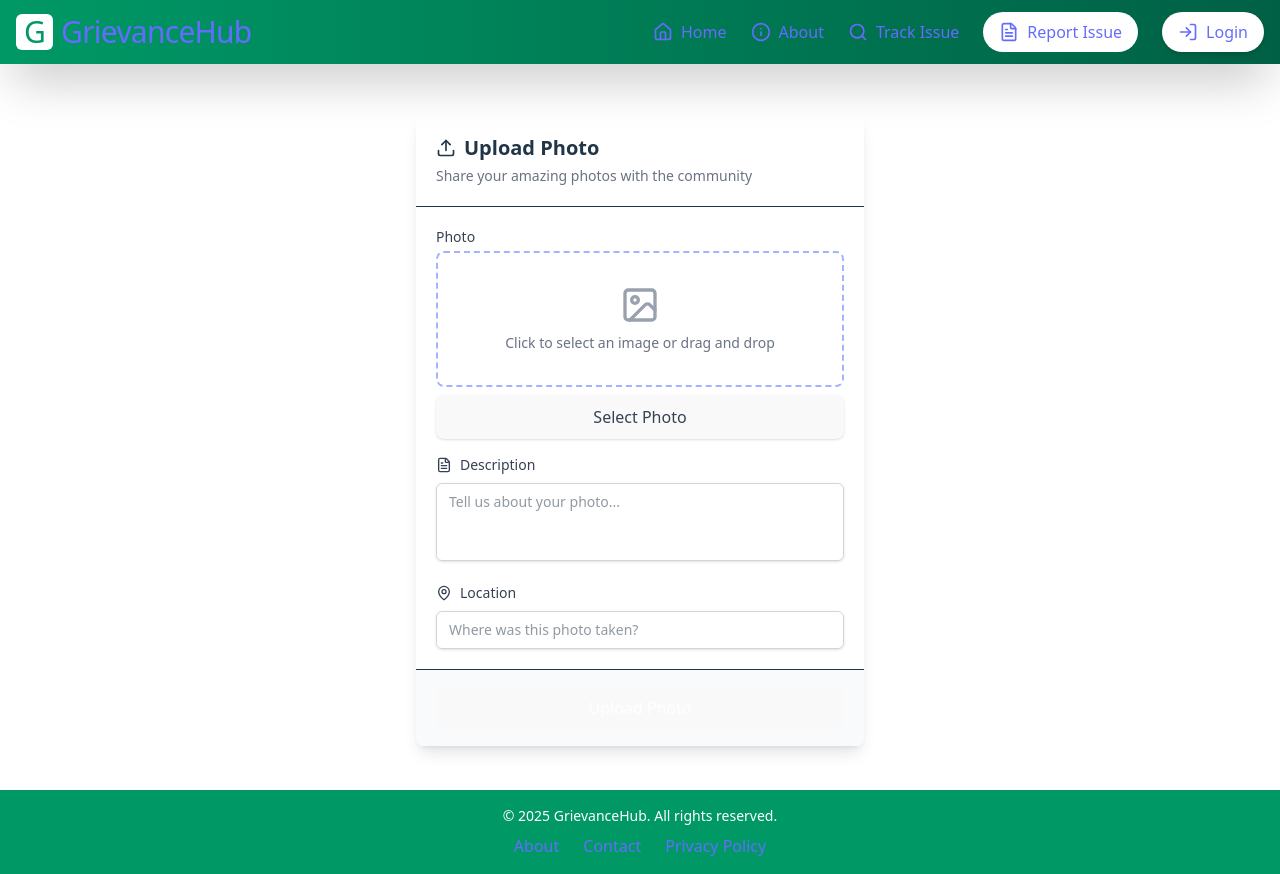
Repository: Aishi4/Grievance-Hub
Page: /report (app in my-vite-Griv/)
An editor plug-in stored every save of this project. The page is shown before and after the next save, followed by the edit.
The browser window is 1280 px wide. The pictures show the whole page.
The project was rebuilt for these pictures with package versions that can differ from the ones it lists, and the page was loaded fresh each time. Also part of the build but not shown: my-vite-Griv/vite.config.js, my-vite-Griv/src/Home.jsx, my-vite-Griv/src/ReportSubmit.jsx, my-vite-Griv/src/Report.jsx, my-vite-Griv/src/App.jsx, my-vite-Griv/src/About.jsx, my-vite-Griv/src/TrackIssue.jsx.

Above is the page before, as saved 2025-03-29 16:38:11.

### my-vite-Griv/src/main.jsx
import { StrictMode } from 'react'
import { createRoot } from 'react-dom/client'
import './index.css'
import App from './App.jsx'
import { Route,createBrowserRouter, createRoutesFromElements, RouterProvider } from 'react-router'
import Layout from './Layout.jsx'
import Home from './Home.jsx'
import Report from './Report.jsx'
import About from './About.jsx'
import TrackIssue from './TrackIssue.jsx'
import ReportSubmit from './ReportSubmit.jsx'
import UploadPhoto from './UploadPhoto.jsx'

const router = createBrowserRouter(
  createRoutesFromElements(
    <Route path='/' element={<Layout />}>
      <Route path="" element={<Home />} />
      <Route path="report" element={<UploadPhoto />} />
      <Route path="about" element={<About />} />
      <Route path="track" element={<TrackIssue />} />

    </Route>
  )
)

createRoot(document.getElementById('root')).render(
  <StrictMode>




    <RouterProvider router={router} />

  </StrictMode>,
)

### my-vite-Griv/src/Layout.jsx
import { Outlet } from "react-router-dom";
import Navbar from "./Navbar";
import React from "react";
import Footer from "./Footer";

function Layout() {
  return (
    <div className="min-h-screen flex flex-col">
      <Navbar />
      <div className="flex-grow pt-[70px]"> {/* Adjust this padding based on navbar height */}
        <Outlet />
      </div>
      <Footer />
    </div>
  );
}
export default Layout;

### my-vite-Griv/src/UploadPhoto.jsx
"use client"

import { useState, useRef } from "react"
import { supabase } from "./supabase"
import { v4 as uuidv4 } from "uuid"
import { Upload, ImageIcon, MapPin, FileText, X, Check, Loader2 } from "lucide-react"
import { motion, AnimatePresence } from "framer-motion"

export default function UploadPhoto() {
  const [file, setFile] = useState(null)
  const [preview, setPreview] = useState(null)
  const [description, setDescription] = useState("")
  const [location, setLocation] = useState("")
  const [uploadStatus, setUploadStatus] = useState("")
  const [isUploading, setIsUploading] = useState(false)
  const [uploadCode, setUploadCode] = useState(null)
  const fileInputRef = useRef(null)

  const handleFileChange = (e) => {
    const selectedFile = e.target.files?.[0] || null
    setFile(selectedFile)

    if (selectedFile) {
      const reader = new FileReader()
      reader.onload = () => {
        setPreview(reader.result)
      }
      reader.readAsDataURL(selectedFile)
    } else {
      setPreview(null)
    }
  }

  const clearFile = () => {
    setFile(null)
    setPreview(null)
    if (fileInputRef.current) {
      fileInputRef.current.value = ""
    }
  }

  const handleUpload = async () => {
    if (!file) {
      setUploadStatus("Please select a file")
      return
    }

    setIsUploading(true)
    setUploadStatus("Uploading...")

    try {
      const uniqueCode = uuidv4().slice(0, 6) // Generate a 6-character code
      const filePath = `uploads/${uniqueCode}-${file.name}`

      // Upload image to Supabase Storage
      const { data: uploadData, error: uploadError } = await supabase.storage.from("images").upload(filePath, file)

      if (uploadError) {
        throw new Error(uploadError.message)
      }

      // Get the public URL of the uploaded file
      const { data: publicUrlData } = supabase.storage.from("images").getPublicUrl(filePath)
      const imageUrl = publicUrlData.publicUrl

      // Insert into Supabase database
      const { data: insertData, error: insertError } = await supabase
        .from("photos")
        .insert([{ code: uniqueCode, image_url: imageUrl, description, location, status: "Under Review" }])

      if (insertError) {
        throw new Error(insertError.message)
      }

      // Success
      setUploadCode(uniqueCode)
      setUploadStatus("success")
      setFile(null)
      setPreview(null)
      setDescription("")
      setLocation("")
    } catch (error) {
      setUploadStatus(`Error: ${error.message}`)
    } finally {
      setIsUploading(false)
    }
  }

  const resetForm = () => {
    setFile(null)
    setPreview(null)
    setDescription("")
    setLocation("")
    setUploadStatus("")
    setUploadCode(null)
    if (fileInputRef.current) {
      fileInputRef.current.value = ""
    }
  }

    return (
      <div className="flex justify-center items-center min-h-screen min-w-screen bg-white">
  <div className="bg-white p-6 rounded-lg  w-full">
    <div className="w-full max-w-md mx-auto bg-white rounded-lg shadow-lg overflow-hidden">
      <div className="p-5 border-b">
        <div className="flex items-center gap-2 text-xl font-semibold">
          <Upload className="h-5 w-5" />
          <span>Upload Photo</span>
        </div>
        <p className="text-sm text-gray-500 mt-1">Share your amazing photos with the community</p>
      </div>

      <div className="p-5 space-y-4">
        <AnimatePresence mode="wait">
          {uploadStatus === "success" ? (
            <motion.div
              initial={{ opacity: 0, y: 20 }}
              animate={{ opacity: 1, y: 0 }}
              exit={{ opacity: 0, y: -20 }}
              className="bg-green-50 p-6 rounded-lg text-center"
            >
              <motion.div
                initial={{ scale: 0 }}
                animate={{ scale: 1 }}
                transition={{ delay: 0.2, type: "spring" }}
                className="w-16 h-16 bg-green-100 rounded-full flex items-center justify-center mx-auto mb-4"
              >
                <Check className="h-8 w-8 text-green-600" />
              </motion.div>
              <h3 className="text-lg font-medium text-green-800 mb-2">Upload Successful!</h3>
              <p className="text-green-700 mb-4">Your photo has been uploaded and is under review.</p>
              <div className="bg-green-100 p-3 rounded-md inline-block">
                <p className="text-sm text-green-800">
                  Your code: <span className="font-mono font-bold">{uploadCode}</span>
                </p>
              </div>
              <button
                onClick={resetForm}
                className="mt-4 w-full py-2 px-4 border border-gray-300 rounded-md text-sm font-medium text-gray-700 bg-white hover:bg-gray-50 focus:outline-none focus:ring-2 focus:ring-offset-2 focus:ring-indigo-500 transition-colors"
              >
                Upload Another Photo
              </button>
            </motion.div>
          ) : (
            <motion.div initial={{ opacity: 0 }} animate={{ opacity: 1 }} exit={{ opacity: 0 }} className="space-y-4">
              <div className="space-y-2">
                <label htmlFor="photo" className="block text-sm font-medium text-gray-700 mb-1">
                  Photo
                </label>
                <div className="relative">
                  <input
                    ref={fileInputRef}
                    id="photo"
                    type="file"
                    accept="image/*"
                    onChange={handleFileChange}
                    className="hidden"
                  />

                  <AnimatePresence>
                    {preview ? (
                      <motion.div
                        initial={{ opacity: 0 }}
                        animate={{ opacity: 1 }}
                        exit={{ opacity: 0 }}
                        className="relative aspect-video mb-2 rounded-lg overflow-hidden border-2 border-dashed border-indigo-300"
                      >
                        <img src={preview || "/placeholder.svg"} alt="Preview" className="w-full h-full object-cover" />
                        <button
                          className="absolute top-2 right-2 h-8 w-8 rounded-full bg-red-500 text-white flex items-center justify-center hover:bg-red-600 transition-colors"
                          onClick={clearFile}
                        >
                          <X className="h-4 w-4" />
                        </button>
                      </motion.div>
                    ) : (
                      <motion.div
                        initial={{ opacity: 0 }}
                        animate={{ opacity: 1 }}
                        exit={{ opacity: 0 }}
                        className="border-2 border-dashed border-indigo-300 rounded-lg p-8 text-center cursor-pointer hover:bg-gray-50 transition-colors"
                        onClick={() => fileInputRef.current?.click()}
                      >
                        <motion.div
                          whileHover={{ scale: 1.05 }}
                          whileTap={{ scale: 0.98 }}
                          className="flex flex-col items-center gap-2"
                        >
                          <ImageIcon className="h-10 w-10 text-gray-400" />
                          <p className="text-sm text-gray-500">Click to select an image or drag and drop</p>
                        </motion.div>
                      </motion.div>
                    )}
                  </AnimatePresence>

                  <button
                    type="button"
                    className="w-full mt-2 py-2 px-4 border border-gray-300 rounded-md shadow-sm text-sm font-medium text-gray-700 bg-white hover:bg-gray-50 focus:outline-none focus:ring-2 focus:ring-offset-2 focus:ring-indigo-500 transition-colors"
                    onClick={() => fileInputRef.current?.click()}
                  >
                    {file ? "Change Photo" : "Select Photo"}
                  </button>
                </div>
              </div>

              <div className="space-y-2">
                <label htmlFor="description" className="flex items-center gap-2 text-sm font-medium text-gray-700">
                  <FileText className="h-4 w-4" />
                  <span>Description</span>
                </label>
                <textarea
                  id="description"
                  placeholder="Tell us about your photo..."
                  value={description}
                  onChange={(e) => setDescription(e.target.value)}
                  className="w-full px-3 py-2 border border-gray-300 rounded-md shadow-sm focus:outline-none focus:ring-indigo-500 focus:border-indigo-500 sm:text-sm resize-none"
                  rows={3}
                />
              </div>

              <div className="space-y-2">
                <label htmlFor="location" className="flex items-center gap-2 text-sm font-medium text-gray-700">
                  <MapPin className="h-4 w-4" />
                  <span>Location</span>
                </label>
                <input
                  id="location"
                  type="text"
                  placeholder="Where was this photo taken?"
                  value={location}
                  onChange={(e) => setLocation(e.target.value)}
                  className="w-full px-3 py-2 border border-gray-300 rounded-md shadow-sm focus:outline-none focus:ring-indigo-500 focus:border-indigo-500 sm:text-sm"
                />
              </div>

              {uploadStatus && uploadStatus !== "success" && uploadStatus !== "Uploading..." && (
                <motion.div
                  initial={{ opacity: 0, y: 10 }}
                  animate={{ opacity: 1, y: 0 }}
                  className="text-red-500 text-sm p-2 bg-red-50 rounded"
                >
                  {uploadStatus}
                </motion.div>
              )}
            </motion.div>
          )}
        </AnimatePresence>
      </div>

      <div className="px-5 py-4 bg-gray-50 border-t">
        {uploadStatus !== "success" && (
          <button
            onClick={handleUpload}
            disabled={isUploading || !file}
            className={`w-full py-2 px-4 rounded-md text-sm font-medium text-white focus:outline-none focus:ring-2 focus:ring-offset-2 focus:ring-indigo-500 transition-colors ${
              isUploading || !file ? "bg-indigo-300 cursor-not-allowed" : "bg-indigo-600 hover:bg-indigo-700"
            }`}
          >
            {isUploading ? (
              <span className="flex items-center justify-center">
                <Loader2 className="mr-2 h-4 w-4 animate-spin" />
                Uploading...
              </span>
            ) : (
              <>Upload Photo</>
            )}
          </button>
        )}
      </div>
                </div>
            </div>
            </div>
  )
}

### my-vite-Griv/src/Navbar.jsx
import React, { useState } from 'react';
import { Link } from "react-router-dom";
import { motion } from "framer-motion";
import { Home, Info, Search, FileText, LogIn } from "lucide-react";

const Navbar = () => {
  const [isHovered, setIsHovered] = useState(null);

  const navItems = [
    {
      to: "/",
      label: "Home",
      icon: Home
    },
    {
      to: "/about",
      label: "About",
      icon: Info
    },
    {
      to: "/track",
      label: "Track Issue",
      icon: Search
    },
    {
      to: "/report",
      label: "Report Issue",
      icon: FileText,
      special: true
    }
  ];

  return (
    <motion.nav
      initial={{ opacity: 0, y: -50 }}
      animate={{ opacity: 1, y: 0 }}
      transition={{ duration: 0.6, type: "spring", stiffness: 50 }}
      className="fixed w-full z-50 bg-gradient-to-r from-emerald-600 to-emerald-800 text-white shadow-2xl"
    >
      <div className="container mx-auto px-4 py-3 flex justify-between items-center">
        {/* Logo with Hover Effect */}
        <motion.div
          whileHover={{ scale: 1.1 }}
          whileTap={{ scale: 0.95 }}
        >
          <Link
            to="/"
            className="text-3xl font-extrabold tracking-tight flex items-center space-x-2"
          >
            <span className="bg-white text-emerald-600 px-2 rounded-md">G</span>
            <span>GrievanceHub</span>
          </Link>
        </motion.div>

        {/* Navigation Links and Login */}
        <div className="flex items-center space-x-6">
          {navItems.map((item, index) => (
            <motion.div
              key={item.to}
              onHoverStart={() => setIsHovered(index)}
              onHoverEnd={() => setIsHovered(null)}
              className="relative"
            >
              <Link
                to={item.to}
                className={`
                  flex items-center space-x-2
                  ${item.special
                    ? 'bg-white text-emerald-600 px-4 py-2 rounded-full'
                    : 'text-white hover:text-emerald-200'}
                  transition-all duration-300
                `}
              >
                <item.icon size={20} />
                <span>{item.label}</span>
              </Link>

              {!item.special && isHovered === index && (
                <motion.div
                  layoutId="underline"
                  className="absolute bottom-[-6px] left-0 right-0 h-1 bg-white rounded-full"
                  initial={{ width: 0 }}
                  animate={{ width: '100%' }}
                />
              )}
            </motion.div>
          ))}

          {/* Login Button */}
          <motion.div
            whileHover={{ scale: 1.05 }}
            whileTap={{ scale: 0.95 }}
          >
            <Link
              to="/login"
              className="flex items-center space-x-2 bg-white text-emerald-700 px-4 py-2 rounded-full font-semibold shadow-md hover:bg-emerald-50 transition-all duration-300"
            >
              <LogIn size={20} />
              <span>Login</span>
            </Link>
          </motion.div>
        </div>
      </div>
    </motion.nav>
  );
};

export default Navbar;

### my-vite-Griv/src/Footer.jsx
const Footer = () => {
    return (
      <footer className="w-full bg-emerald-600 text-white py-4 text-center">
        <p className="text-sm">&copy; {new Date().getFullYear()} GrievanceHub. All rights reserved.</p>
        <div className="flex justify-center space-x-6 mt-2">
          <a href="/about" className="hover:underline">About</a>
          <a href="/contact" className="hover:underline">Contact</a>
          <a href="/privacy" className="hover:underline">Privacy Policy</a>
        </div>
      </footer>
    );
};
export default Footer;

### my-vite-Griv/src/supabase.js
import { createClient } from "@supabase/supabase-js";

const SUPABASE_URL = "https://sttpmwjxcnlfphnplylt.supabase.co";
const SUPABASE_ANON_KEY =
  "eyJhbGciOiJIUzI1NiIsInR5cCI6IkpXVCJ9.eyJpc3MiOiJzdXBhYmFzZSIsInJlZiI6InN0dHBtd2p4Y25sZnBobnBseWx0Iiwicm9sZSI6ImFub24iLCJpYXQiOjE3NDMyMjY0NzYsImV4cCI6MjA1ODgwMjQ3Nn0.PveWFl7QQpdJSmyEdTsNMzChrysuaJmnoFUdfG0cV_4";

export const supabase = createClient(SUPABASE_URL, SUPABASE_ANON_KEY);

Loaded but not shown: my-vite-Griv/index.html (common file); my-vite-Griv/src/index.css (common file)

After the next save:
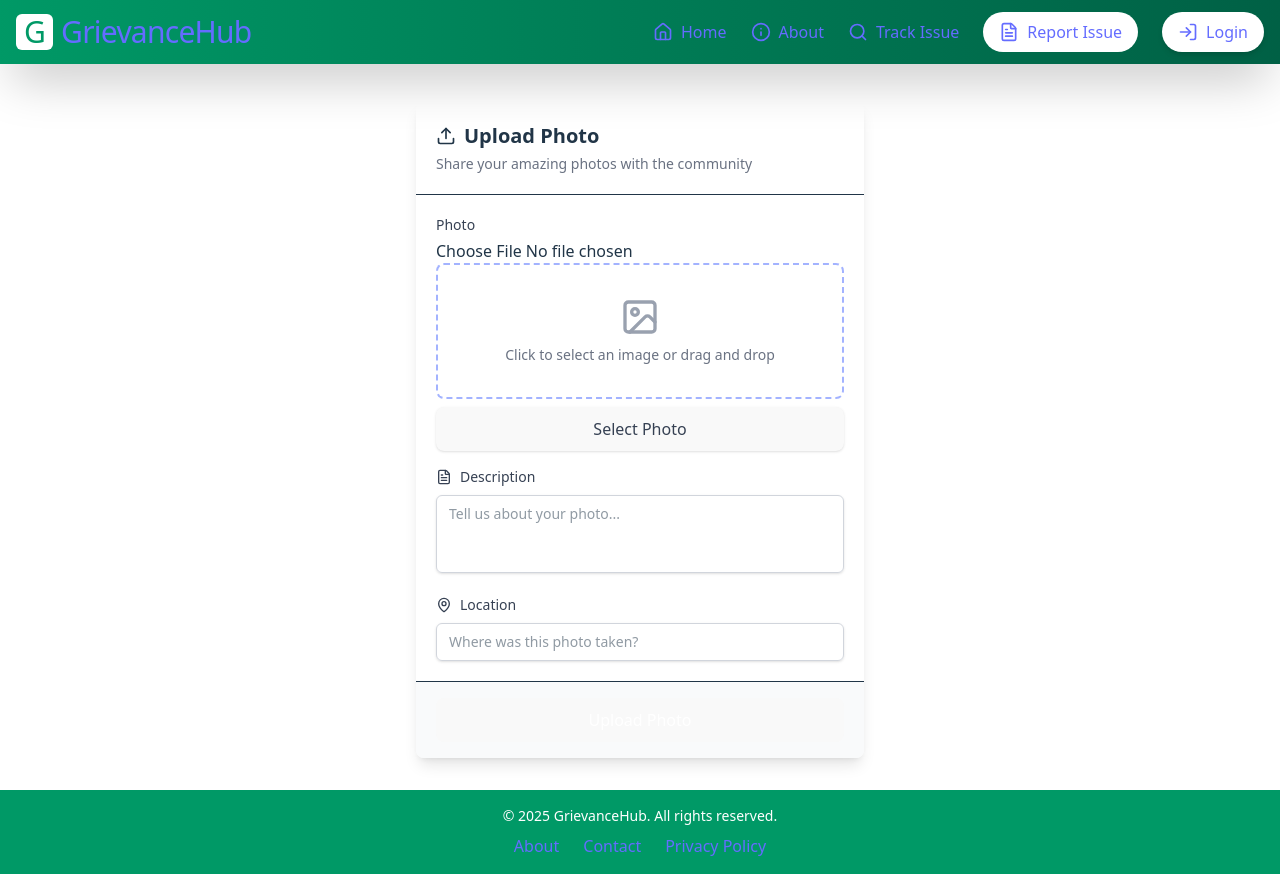
Saved 101 s later.
--- a/my-vite-Griv/src/UploadPhoto.jsx
+++ b/my-vite-Griv/src/UploadPhoto.jsx
@@ -154,7 +154,7 @@ export default function UploadPhoto() {
                     type="file"
                     accept="image/*"
                     onChange={handleFileChange}
-                    className="hidden"
+
                   />
 
                   <AnimatePresence>
